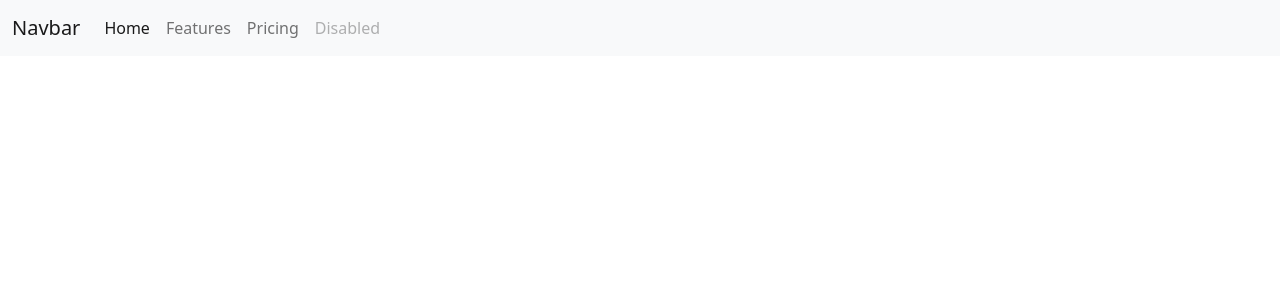
Repository: mustabbas/mustDico-Bootstrap
Page: index.html
The author's editor kept a copy of each file at every save. The page is drawn from the files as they stood at one save, then again after the next save.
The browser window is 1280 px wide. The pictures show the whole page.

Above is the page before, as saved 2021-08-25 20:11:02.

### index.html
<!DOCTYPE html>
<html lang="en">
<head>
    <meta charset="UTF-8">
    <meta name="viewport" content="width=device-width, initial-scale=1.0">
    <meta http-equiv="X-UA-Compatible" content="ie=edge">
    <title>MustDico's-Portfolio</title>
    <!-- CSS only -->
<link href="https://cdn.jsdelivr.net/npm/bootstrap@5.1.0/dist/css/bootstrap.min.css" rel="stylesheet" integrity="sha384-KyZXEAg3QhqLMpG8r+8fhAXLRk2vvoC2f3B09zVXn8CA5QIVfZOJ3BCsw2P0p/We" crossorigin="anonymous">
</head>
<body>
    <nav class="navbar navbar-expand-lg navbar-light bg-light">
        <div class="container-fluid">
          <a class="navbar-brand" href="#">Navbar</a>
          <button class="navbar-toggler" type="button" data-bs-toggle="collapse" data-bs-target="#navbarNav" aria-controls="navbarNav" aria-expanded="false" aria-label="Toggle navigation">
            <span class="navbar-toggler-icon"></span>
          </button>
          <div class="collapse navbar-collapse" id="navbarNav">
            <ul class="navbar-nav">
              <li class="nav-item">
                <a class="nav-link active" aria-current="page" href="#">Home</a>
              </li>
              <li class="nav-item">
                <a class="nav-link" href="#">Features</a>
              </li>
              <li class="nav-item">
                <a class="nav-link" href="#">Pricing</a>
              </li>
              <li class="nav-item">
                <a class="nav-link disabled" href="#" tabindex="-1" aria-disabled="true">Disabled</a>
              </li>
            </ul>
          </div>
        </div>
      </nav>

    <!-- JavaScript Bundle with Popper -->
<script src="https://cdn.jsdelivr.net/npm/bootstrap@5.1.0/dist/js/bootstrap.bundle.min.js" integrity="sha384-U1DAWAznBHeqEIlVSCgzq+c9gqGAJn5c/t99JyeKa9xxaYpSvHU5awsuZVVFIhvj" crossorigin="anonymous"></script>
</body>
</html>

After the next save:
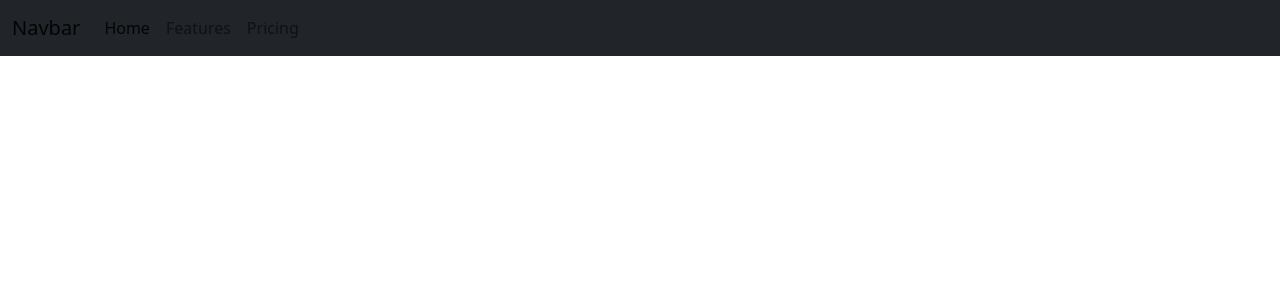
Saved 81 s later.
--- a/index.html
+++ b/index.html
@@ -9,7 +9,7 @@
 <link href="https://cdn.jsdelivr.net/npm/bootstrap@5.1.0/dist/css/bootstrap.min.css" rel="stylesheet" integrity="sha384-KyZXEAg3QhqLMpG8r+8fhAXLRk2vvoC2f3B09zVXn8CA5QIVfZOJ3BCsw2P0p/We" crossorigin="anonymous">
 </head>
 <body>
-    <nav class="navbar navbar-expand-lg navbar-light bg-light">
+    <nav class="navbar navbar-expand-lg navbar-light bg-dark">
         <div class="container-fluid">
           <a class="navbar-brand" href="#">Navbar</a>
           <button class="navbar-toggler" type="button" data-bs-toggle="collapse" data-bs-target="#navbarNav" aria-controls="navbarNav" aria-expanded="false" aria-label="Toggle navigation">
@@ -26,9 +26,6 @@
               <li class="nav-item">
                 <a class="nav-link" href="#">Pricing</a>
               </li>
-              <li class="nav-item">
-                <a class="nav-link disabled" href="#" tabindex="-1" aria-disabled="true">Disabled</a>
-              </li>
             </ul>
           </div>
         </div>
